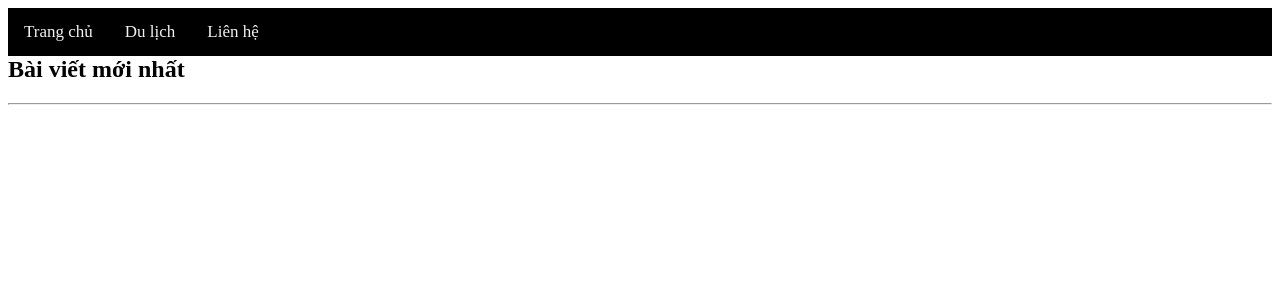
Repository: Lehuyhuynh/BTH2-CSS
Page: BTH3/BTH4/index.html
These files come from the project's save history. The page is drawn as it stood at one moment and after the next save; the edit follows.
The browser window is 1280 px wide. The pictures show the whole page.

Above is the page before, as saved 2023-08-11 16:47:37.

After the next save:
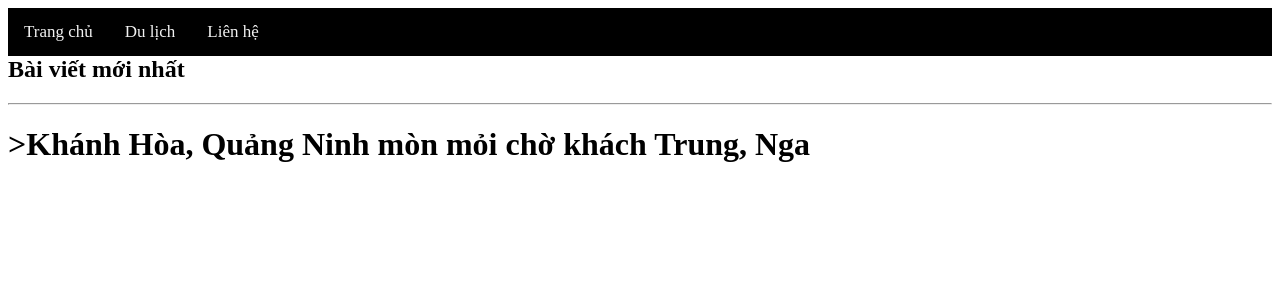
Saved 23 s later.
--- a/BTH3/BTH4/index.html
+++ b/BTH3/BTH4/index.html
@@ -22,7 +22,7 @@
         </div>
         <hr class="hr">
         <div class="first">
-          <h1></h1>
+          <h1>>Khánh Hòa, Quảng Ninh mòn mỏi chờ khách Trung, Nga</h1>
         </div>
       </div>
     </div>
